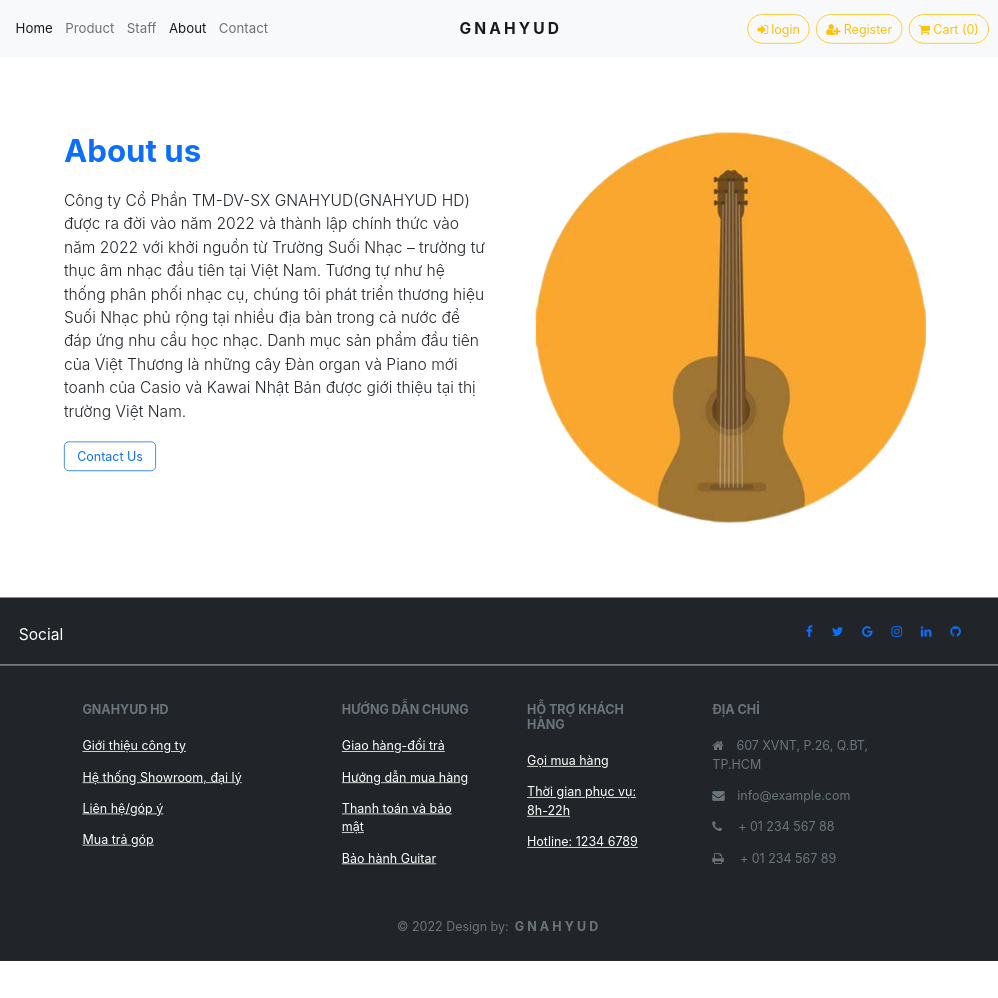
Repository: HoangDuy315/GuitarStore-Reactjs
Page: /about
These files come from the project's save history. The page is drawn as it stood at one moment and after the next save; the edit follows.
The browser window is 1280 px wide. The pictures show the whole page, at 78% of full size.
The project was rebuilt for these pictures with package versions that can differ from the ones it lists, and the page was loaded fresh each time. Also part of the build but not shown: src/App.css, src/components/Product.jsx, src/components/Staff.jsx, src/components/Home.jsx, src/components/Contact.jsx.

Above is the page before, as saved 2022-09-23 13:34:12.

### public/index.html
<!DOCTYPE html>
<html lang="en">
  <head>
    <meta charset="utf-8" />
    <link rel="icon" href="%PUBLIC_URL%/favicon.ico" />
    <meta name="viewport" content="width=device-width, initial-scale=1" />
    <meta name="theme-color" content="#000000" />
    <meta
      name="description"
      content="Web site created using create-react-app"
    />
    <link rel="apple-touch-icon" href="%PUBLIC_URL%/logo192.png" />

    <link rel="manifest" href="%PUBLIC_URL%/manifest.json" />

    <title>Guitar-GnahYuD </title>
  </head>
  <body>
    <noscript>You need to enable JavaScript to run this app.</noscript>
    <div id="root"></div>

  </body>
</html>

### src/index.js
import React from 'react';
import ReactDOM from 'react-dom/client';
import { BrowserRouter } from 'react-router-dom';
import '../node_modules/bootstrap/dist/css/bootstrap.min.css'
import '../node_modules/bootstrap/dist/js/bootstrap.bundle'
import './index.css';
import 'font-awesome/css/font-awesome.min.css'
import App from './App';


const root = ReactDOM.createRoot(document.getElementById('root'));
root.render(
  <BrowserRouter>
    <App />
  </BrowserRouter>
);

### src/index.css
body {
  margin: 0;
  font-family: -apple-system, BlinkMacSystemFont, 'Segoe UI', 'Roboto', 'Oxygen',
    'Ubuntu', 'Cantarell', 'Fira Sans', 'Droid Sans', 'Helvetica Neue',
    sans-serif;
  -webkit-font-smoothing: antialiased;
  -moz-osx-font-smoothing: grayscale;
}

code {
  font-family: source-code-pro, Menlo, Monaco, Consolas, 'Courier New',
    monospace;
}

/* Navbar */
.navbar-nav li {
  font-size: 17px;
}
.navbar-brand {
  letter-spacing: 4px;
}

.card {
  transition: all 0.5s ease;
}

.card:hover {
  transform: scale(1.1);
  box-shadow: 5px 5px 10px rgba(0, 0, 0, 0.5);
}

### src/App.js
import './App.css';
import Header from './components/Header';
import Footer from './components/Footer';
import Home from './components/Home';
import About from './components/About';
import Product from './components/Product';
import Contact from './components/Contact';
import Staff from './components/Staff';
import {Route, Redirect, Switch} from 'react-router-dom'

function App() {
  return (
    <>
      <Header/>
      <Switch>
        <Route exact path='/' component={Home}/>
        <Route exact path='/products' component={Product}/>
        <Route exact path='/staff' component={Staff}/>
        <Route exact path='/about' component={About}/>
        <Route exact path='/contact' component={Contact}/>
        <Redirect to='/'/>
      </Switch>
      <Footer/>
    </>
  );
}

export default App;

### src/components/Header.jsx
import React from 'react'
import { NavLink } from 'react-router-dom'
import Cart from './buttons/Cart'
import Login from './buttons/Login'
import Signup from './buttons/Signup'

const Header = () => {
    return (
        <>
            <nav className="navbar navbar-expand-lg navbar-light bg-light">
                <div className="container-fluid py-2">
                    <button className="navbar-toggler" type="button" data-bs-toggle="collapse" data-bs-target="#navbarSupportedContent" aria-controls="navbarSupportedContent" aria-expanded="false" aria-label="Toggle navigation">
                    <span className="navbar-toggler-icon"></span>
                    </button>
                    <div className="collapse navbar-collapse" id="navbarSupportedContent">
                        <ul className="navbar-nav me-auto mb-2 mb-lg-0">
                            <li className="nav-item">
                            <NavLink className="nav-link" aria-current="page" to="/">Home</NavLink>
                            </li>
                            <li className="nav-item">
                            <NavLink className="nav-link" to="/products">Product</NavLink>
                            </li>

                            <li className="nav-item">
                            <NavLink className="nav-link" to="/staff">Staff</NavLink>
                            </li>
                            <li className="nav-item">
                            <NavLink className="nav-link" to="/about">About</NavLink>
                            </li>
                            <li className="nav-item">
                            <NavLink className="nav-link" to="/contact">Contact</NavLink>
                            </li>
                        </ul>
                    <NavLink className="navbar-brand mx-auto fw-bold" to="/">GNAHYUD</NavLink>
                    <Login/>
                    <Signup/>
                    <Cart/>
                    </div>
                </div>
            </nav>
        </>
    )
}

export default Header

### src/components/Footer.jsx
import React from 'react'


const Footer = () => {
    return (
        <footer class="text-center text-lg-start bg-dark text-muted my-5 py-2">

        <section class="d-flex justify-content-center justify-content-lg-between p-4 border-bottom">

          <div class="me-5 d-none d-lg-block">
            <span class="text-white fs-5">Social</span>
          </div>
          <div>
            <a href="" class="me-4">
              <i class="fa fa-facebook-f"></i>
            </a>
            <a href="" class="me-4">
              <i class="fa fa-twitter"></i>
            </a>
            <a href="" class="me-4">
              <i class="fa fa-google"></i>
            </a>
            <a href="" class="me-4">
              <i class="fa fa-instagram"></i>
            </a>
            <a href="" class="me-4">
              <i class="fa fa-linkedin"></i>
            </a>
            <a href="" class="me-4">
              <i class="fa fa-github"></i>
            </a>
          </div>
        </section>

            <div className="class">
                <div class="container text-center text-md-start mt-5">
                    <div class="row mt-3">
                        <div class="col-md-3 col-lg-4 col-xl-3 mx-auto mb-4">
                            <h6 class="text-uppercase fw-bold mb-4">
                                <i class="fa fa-gem "></i>GNAHYUD HD
                            </h6>
                            <p>
                                <a href="#!" class="text-white">Giới thiệu công ty</a>
                            </p>
                            <p>
                                <a href="#!" class="text-white">Hệ thống Showroom, đại lý</a>
                            </p>
                            <p>
                                <a href="#!" class="text-white">Liên hệ/góp ý</a>
                            </p>
                            <p>
                                <a href="#!" class="text-white">Mua trả góp</a>
                            </p>
                        </div>

                        <div class="col-md-2 col-lg-2 col-xl-2 mx-auto mb-4">
                            <h6 class="text-uppercase fw-bold mb-4">
                                Hướng dẫn chung
                            </h6>
                            <p>
                                <a href="#!" class="text-white">Giao hàng-đổi trả</a>
                            </p>
                            <p>
                                <a href="#!" class="text-white">Hướng dẫn mua hàng</a>
                            </p>
                            <p>
                                <a href="#!" class="text-white">Thanh toán và bảo mật</a>
                            </p>
                            <p>
                                <a href="#!" class="text-white">Bảo hành Guitar</a>
                            </p>
                        </div>

                        <div class="col-md-3 col-lg-2 col-xl-2 mx-auto mb-4">
                            <h6 class="text-uppercase fw-bold mb-4">
                                Hỗ trợ khách hàng
                            </h6>
                            <p>
                                <a href="#!" class="text-white">Gọi mua hàng </a>
                            </p>
                            <p>
                                <a href="#!" class="text-white">Thời gian phục vụ: 8h-22h</a>
                            </p>
                            <p>
                                <a href="#!" class="text-white">Hotline: 1234 6789 </a>
                            </p>
                        </div>

                        <div class="col-md-4 col-lg-3 col-xl-3 mx-auto mb-md-0 mb-4">
                            <h6 class="text-uppercase fw-bold mb-4">Địa chỉ</h6>
                            <p><i class="fa fa-home me-3 text-secondary"></i>607 XVNT, P.26, Q.BT, TP.HCM</p>
                            <p>
                                <i class="fa fa-envelope me-3 text-secondary"></i>
                                info@example.com
                            </p>
                            <p><i class="fa fa-phone me-3 text-secondary"></i> + 01 234 567 88</p>
                            <p><i class="fa fa-print me-3 text-secondary"></i> + 01 234 567 89</p>
                        </div>

                        <div class="text-center p-4">
                            © 2022 Design by:
                            <a class="navbar-brand text-reset fw-bold" href="https://www.facebook.com/profile.php?id=100007746304417"> GNAHYUD</a>
                        </div>
                    </div>
                </div>
            </div>
       </footer>
    )
}

export default Footer

### src/components/About.jsx
import React from 'react'
import { NavLink } from 'react-router-dom'

const About = () => {
    return (
        <div>
            <div className="container py-5 my-5">
                <div className="row ">
                    <div className="col-md-6">
                        <h1 className='text-primary fw-bold mb-4'>About us</h1>
                        <p className="lead mb-4">Công ty Cổ Phần TM-DV-SX GNAHYUD(GNAHYUD HD) được ra đời vào năm 2022 và thành lập chính thức vào năm 2022 với khởi nguồn từ Trường Suối Nhạc – trường tư thục âm nhạc đầu tiên tại Việt Nam.
                         Tương tự như hệ thống phân phối nhạc cụ, chúng tôi phát triển thương hiệu Suối Nhạc phủ rộng tại nhiều địa bàn trong cả nước để đáp ứng nhu cầu học nhạc. Danh mục sản phẩm đầu tiên của Việt Thương là những cây Đàn organ và Piano mới toanh của Casio và Kawai Nhật Bản được giới thiệu tại thị trường Việt Nam.
                        </p>
                        <NavLink to="/contact" className="btn btn-outline-primary px-3">Contact Us</NavLink>
                    </div>
                    <div className="col-md-6 d-flex justify-content-center">
                        <img src="/assets/images/about.png" className='ms-4 ' alt="about us" height="500px" width="500px" />
                    </div>
                </div>
            </div>
        </div>
    )
}

export default About

### src/components/buttons/Cart.jsx
import React from 'react'
import { NavLink } from 'react-router-dom'

const Cart = () => {
    return (
        <>
            <NavLink to='/cart' className='btn  btn-outline-warning px-9 rounded-pill ms-2'>
                <span className='fa fa-shopping-cart me-1'></span>Cart (0)
            </NavLink>
        </>
    )
}

export default Cart

### src/components/buttons/Login.jsx
import React from 'react'

const Login = () => {
    return (
        <>
        {/* <!-- Button trigger modal --> */}
        <button type="button" class="btn  btn-outline-warning px-9 rounded-pill ms-auto" data-bs-toggle="modal" data-bs-target="#loginModal">
            <span className='fa fa-sign-in me-1'></span>login
        </button>

        {/* <!-- Modal --> */}
        <div class="modal fade" id="loginModal" tabIndex="-1" aria-labelledby="exampleModalLabel" aria-hidden="true">
            <div class="modal-dialog">
                <div class="modal-content">
                    <div class="modal-header">
                        <h5 class="modal-title" id="exampleModalLabel">Login</h5>
                        <button type="button" class="btn-close" data-bs-dismiss="modal" aria-label="Close"></button>
                    </div>

                    <div class="modal-body">
                        <form>
                            <div class="mb-3">
                                <label htmlFor="exampleInputEmail1" class="form-label">Email address</label>
                                <input type="email" class="form-control" id="exampleInputEmail1" aria-describedby="emailHelp"/>
                                <div id="emailHelp" class="form-text">We'll never share your email with anyone else.</div>
                            </div>
                            <div class="mb-3">
                                <label htmlFor="exampleInputPassword1" class="form-label">Password</label>
                                <input type="password" class="form-control" id="exampleInputPassword1"/>
                            </div>
                            <div class="mb-3 form-check">
                                <input type="checkbox" class="form-check-input" id="exampleCheck1"/>
                                <label class="form-check-label" htmlFor="exampleCheck1">Remember password</label>
                            </div>
                            <buton className="btn btn-primary w-100 mb-3">
                                <span className='fa fa-google me-2'></span> Sign in with Google
                            </buton>
                            <buton className="btn btn-primary w-100 mb-3">
                                <span className='fa fa-facebook me-2'></span> Sign in with Facebook
                            </buton>
                            <button type="submit" class="btn btn-outline-primary w-100 mt-3">Submit</button>
                        </form>
                    </div>
                </div>
            </div>
        </div>
        </>
    )
}

export default Login

### src/components/buttons/Signup.jsx
import React from 'react'

const Signup = () => {
    return (
        <div>
            {/* <!-- Button trigger modal --> */}
        <button type="button" class="btn btn-outline-warning px-9 rounded-pill ms-2" data-bs-toggle="modal" data-bs-target="#signupModal">
            <span className='fa fa-user-plus me-1'></span>Register
        </button>

        {/* <!-- Modal --> */}
        <div class="modal fade" id="signupModal" tabIndex="-1" aria-labelledby="exampleModalLabel" aria-hidden="true">
            <div class="modal-dialog">
                <div class="modal-content">
                    <div class="modal-header">
                        <h5 class="modal-title" id="exampleModalLabel">Signup</h5>
                        <button type="button" class="btn-close" data-bs-dismiss="modal" aria-label="Close"></button>
                    </div>

                    <div class="modal-body">
                        <form>
                            <div class="mb-3 ">
                                <label htmlFor="exampleInput" class="form-label">Username</label>
                                <input type="text" class="form-control" id="exampleInput"/>

                            </div>
                            <div class="mb-3">
                                <label htmlFor="exampleInputEmail1" class="form-label">Email address</label>
                                <input type="email" class="form-control" id="exampleInputEmail1" aria-describedby="emailHelp"/>
                            </div>
                            <div class="mb-3">
                                <label htmlFor="exampleInputPassword1" class="form-label">Password</label>
                                <input type="password" class="form-control" id="exampleInputPassword1"/>
                            </div>
                            <div class="mb-3 form-check">
                                <input type="checkbox" class="form-check-input" id="exampleCheck1"/>
                                <label class="form-check-label" htmlFor="exampleCheck1">Remember password</label>
                            </div>
                            <buton className="btn btn-primary w-100 mb-3">
                                <span className='fa fa-google me-2'></span> Sign up with Google
                            </buton>
                            <buton className="btn btn-primary w-100 mb-3">
                                <span className='fa fa-facebook me-2'></span> Sign up with Facebook
                            </buton>
                            <button type="submit" class="btn btn-outline-primary w-100 mt-3">Register</button>
                        </form>
                    </div>
                </div>
            </div>
        </div>
        </div>
    )
}

export default Signup

After the next save:
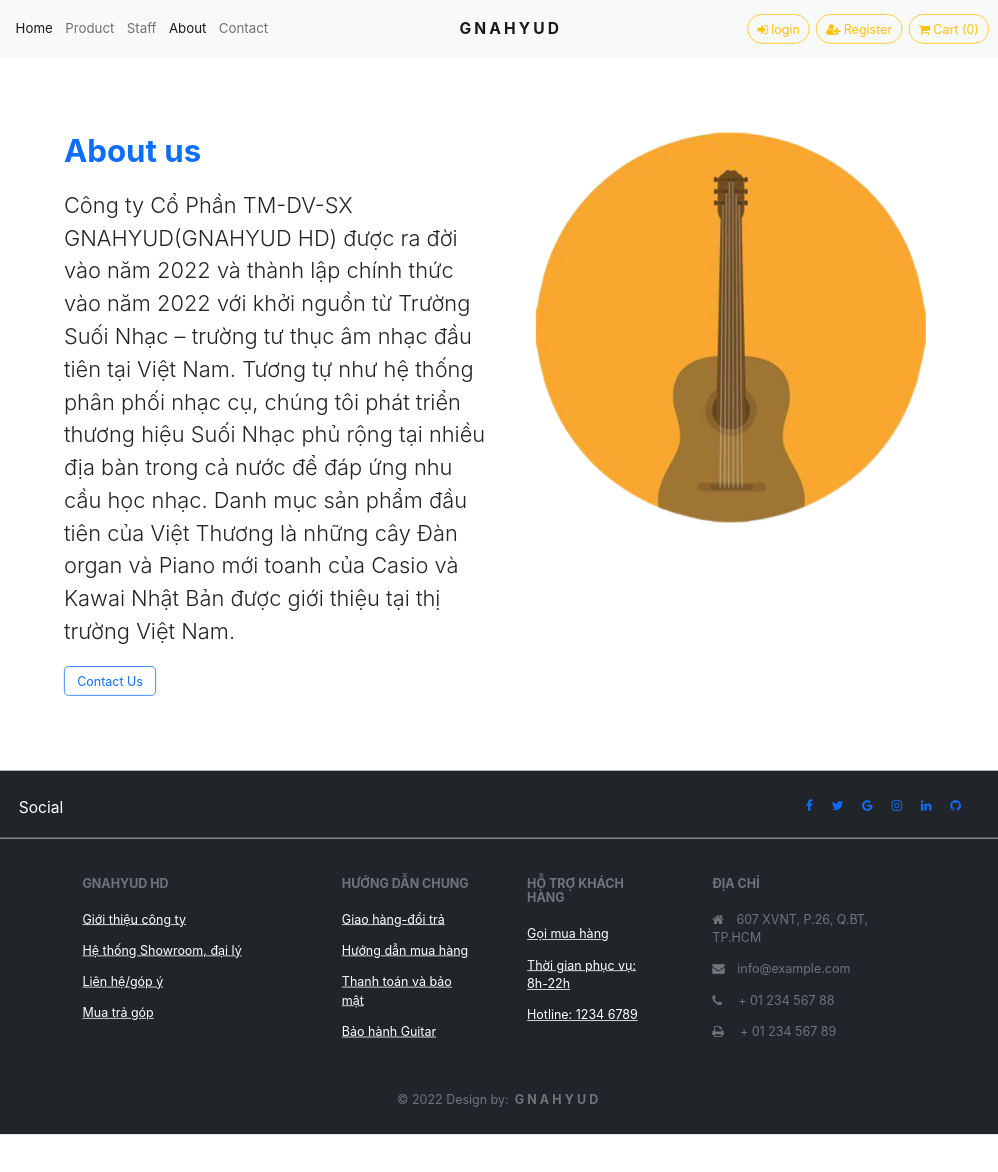
Saved 15 s later.
--- a/src/components/About.jsx
+++ b/src/components/About.jsx
@@ -8,7 +8,7 @@
                 <div className="row ">
                     <div className="col-md-6">
                         <h1 className='text-primary fw-bold mb-4'>About us</h1>
-                        <p className="lead mb-4">Công ty Cổ Phần TM-DV-SX GNAHYUD(GNAHYUD HD) được ra đời vào năm 2022 và thành lập chính thức vào năm 2022 với khởi nguồn từ Trường Suối Nhạc – trường tư thục âm nhạc đầu tiên tại Việt Nam.
+                        <p className="lead mb-4 fs-3">Công ty Cổ Phần TM-DV-SX GNAHYUD(GNAHYUD HD) được ra đời vào năm 2022 và thành lập chính thức vào năm 2022 với khởi nguồn từ Trường Suối Nhạc – trường tư thục âm nhạc đầu tiên tại Việt Nam.
                          Tương tự như hệ thống phân phối nhạc cụ, chúng tôi phát triển thương hiệu Suối Nhạc phủ rộng tại nhiều địa bàn trong cả nước để đáp ứng nhu cầu học nhạc. Danh mục sản phẩm đầu tiên của Việt Thương là những cây Đàn organ và Piano mới toanh của Casio và Kawai Nhật Bản được giới thiệu tại thị trường Việt Nam.
                         </p>
                         <NavLink to="/contact" className="btn btn-outline-primary px-3">Contact Us</NavLink>

After the save that followed:
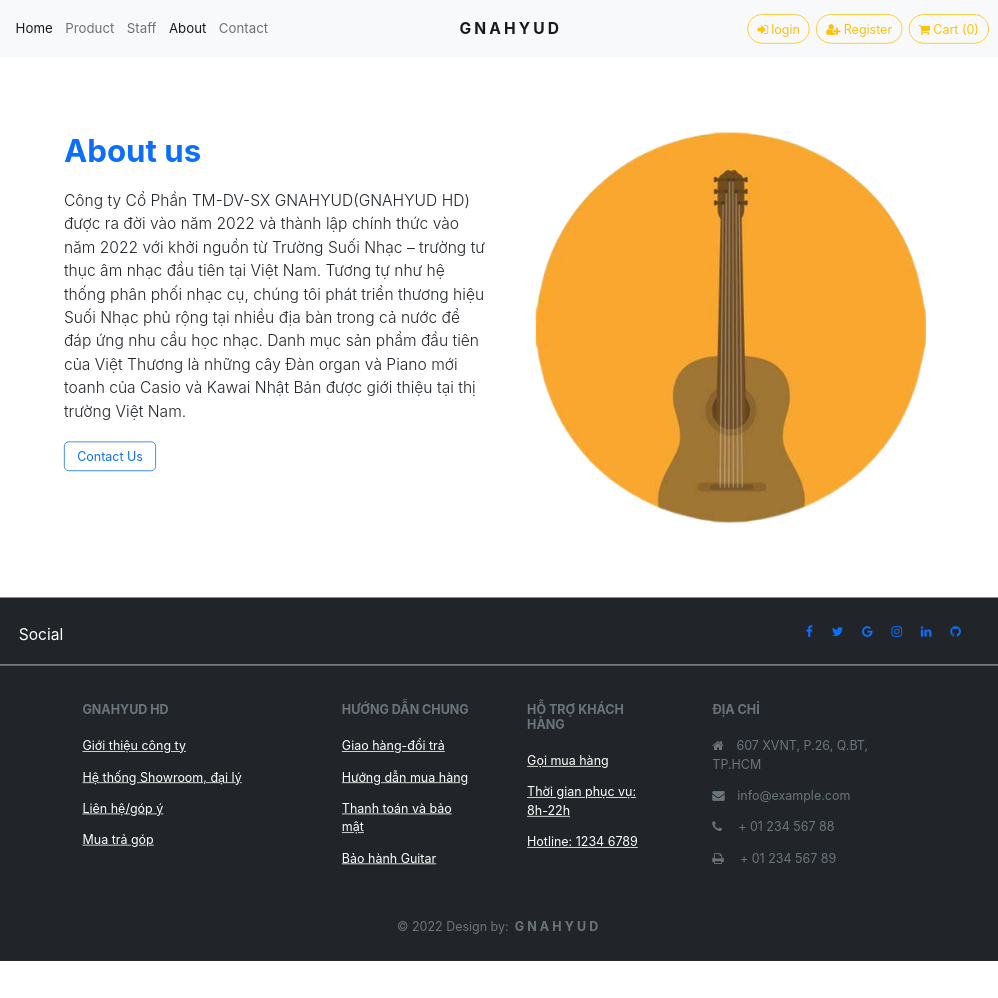
Saved 5 s later.
--- a/src/components/About.jsx
+++ b/src/components/About.jsx
@@ -8,7 +8,7 @@
                 <div className="row ">
                     <div className="col-md-6">
                         <h1 className='text-primary fw-bold mb-4'>About us</h1>
-                        <p className="lead mb-4 fs-3">Công ty Cổ Phần TM-DV-SX GNAHYUD(GNAHYUD HD) được ra đời vào năm 2022 và thành lập chính thức vào năm 2022 với khởi nguồn từ Trường Suối Nhạc – trường tư thục âm nhạc đầu tiên tại Việt Nam.
+                        <p className="lead mb-4 fs-5">Công ty Cổ Phần TM-DV-SX GNAHYUD(GNAHYUD HD) được ra đời vào năm 2022 và thành lập chính thức vào năm 2022 với khởi nguồn từ Trường Suối Nhạc – trường tư thục âm nhạc đầu tiên tại Việt Nam.
                          Tương tự như hệ thống phân phối nhạc cụ, chúng tôi phát triển thương hiệu Suối Nhạc phủ rộng tại nhiều địa bàn trong cả nước để đáp ứng nhu cầu học nhạc. Danh mục sản phẩm đầu tiên của Việt Thương là những cây Đàn organ và Piano mới toanh của Casio và Kawai Nhật Bản được giới thiệu tại thị trường Việt Nam.
                         </p>
                         <NavLink to="/contact" className="btn btn-outline-primary px-3">Contact Us</NavLink>
